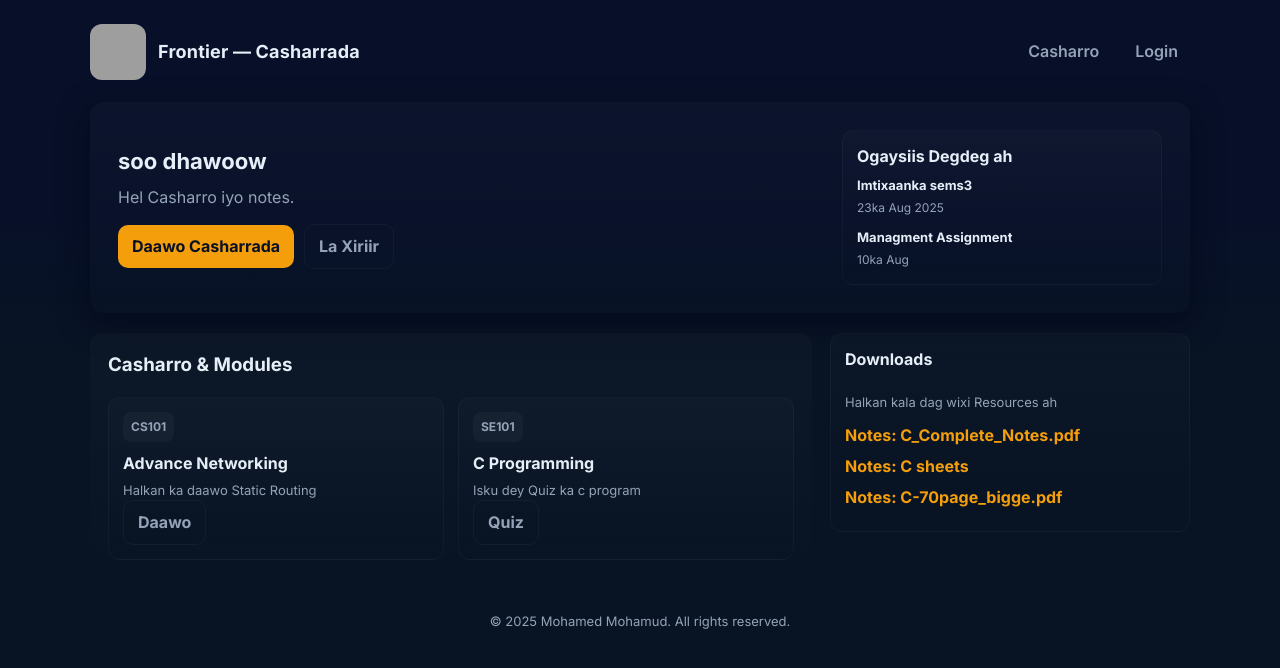
Repository: mrfiiqane/Al-Tacaawun.com
Page: index.html
An editor plug-in stored every save of this project. The page is shown before and after the next save, followed by the edit.
The browser window is 1280 px wide. The pictures show the whole page.
Pictures or frames that could not be fetched are drawn as grey boxes.

Above is the page before, as saved 2025-08-12 08:10:37.

After the next save:
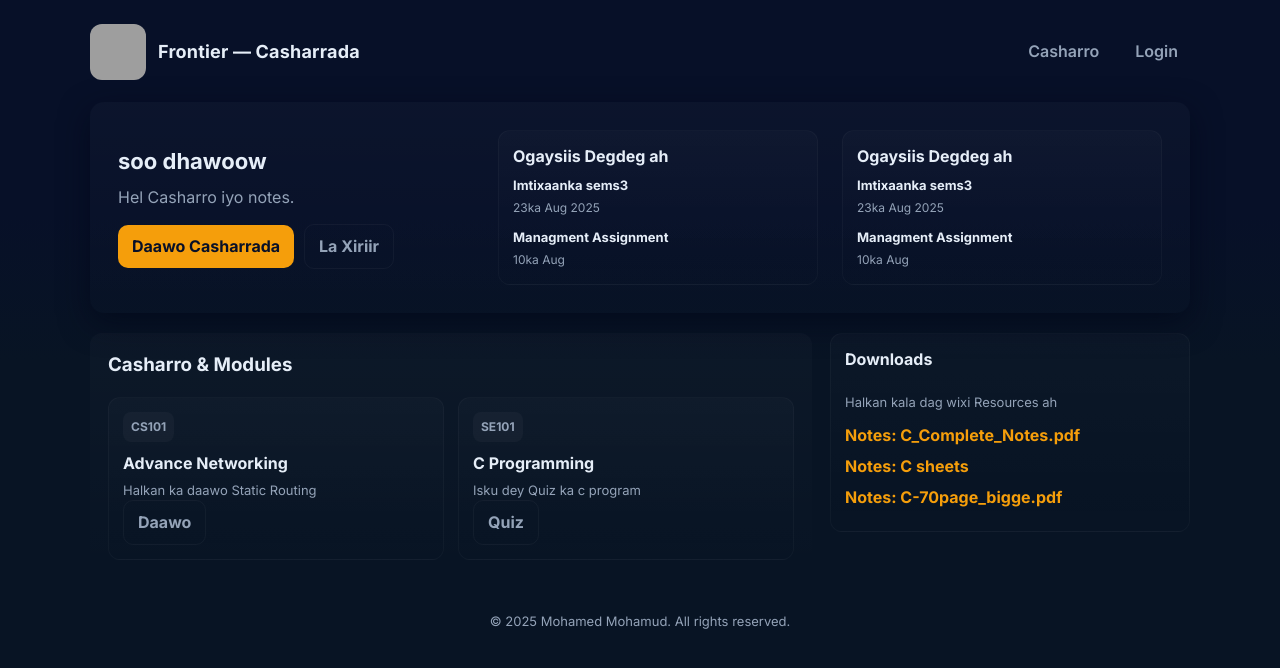
Saved 2 min 31 s later.
--- a/index.html
+++ b/index.html
@@ -39,6 +39,13 @@
         </div>
       </div>
 
+      <div class="hero-right card">
+        <h4 style="margin:0 0 8px 0">Ogaysiis Degdeg ah</h4>
+        <ul class="ann-list">
+          <li class="ann"><div><b>Imtixaanka sems3</b><small> 23ka Aug 2025</small></div></li>
+          <li class="ann"><div><b>Managment Assignment</b><small> 10ka Aug</small></div></li>
+        </ul>
+      </div>
       <div class="hero-right card">
         <h4 style="margin:0 0 8px 0">Ogaysiis Degdeg ah</h4>
         <ul class="ann-list">
